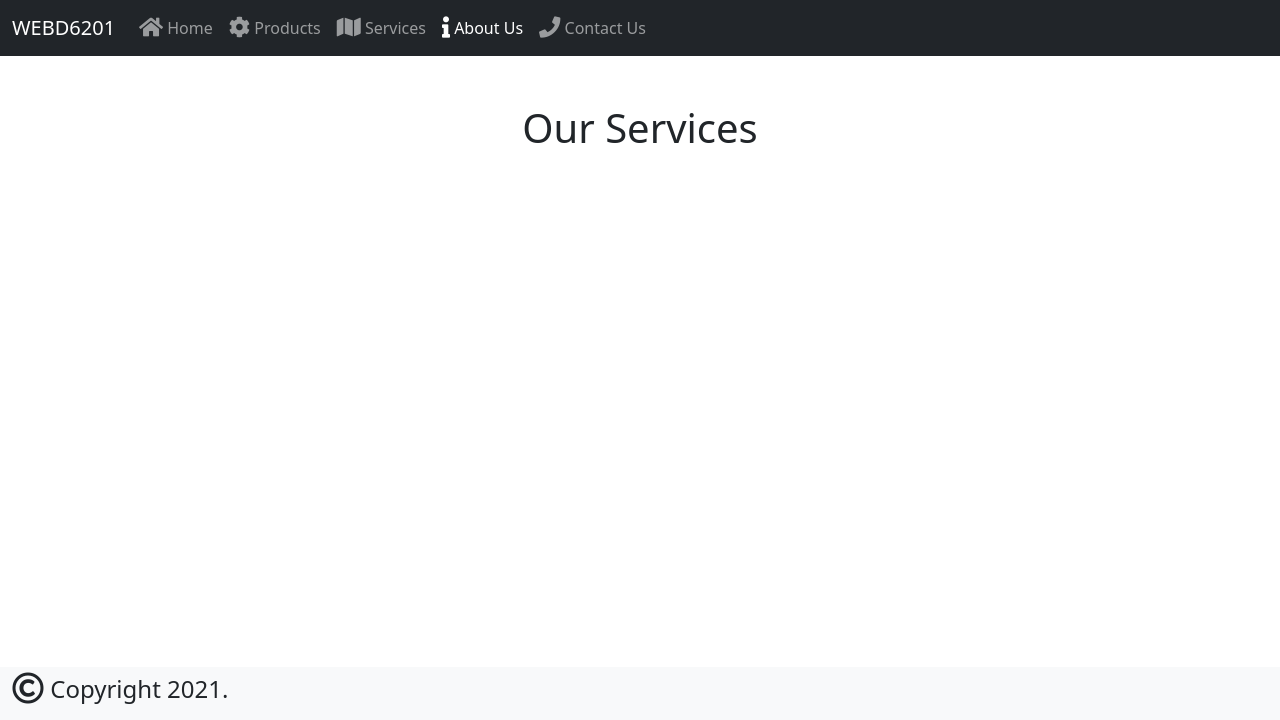
Repository: alto4/Lab-2-Nick-Scott-WEBD6201
Page: services.html
The author's editor kept a copy of each file at every save. The page is drawn from the files as they stood at one save, then again after a run of saves.
The browser window is 1280 px wide. The pictures show the whole page.

Above is the page before, as saved 2021-02-01 11:31:24.

After the next 2 saves:
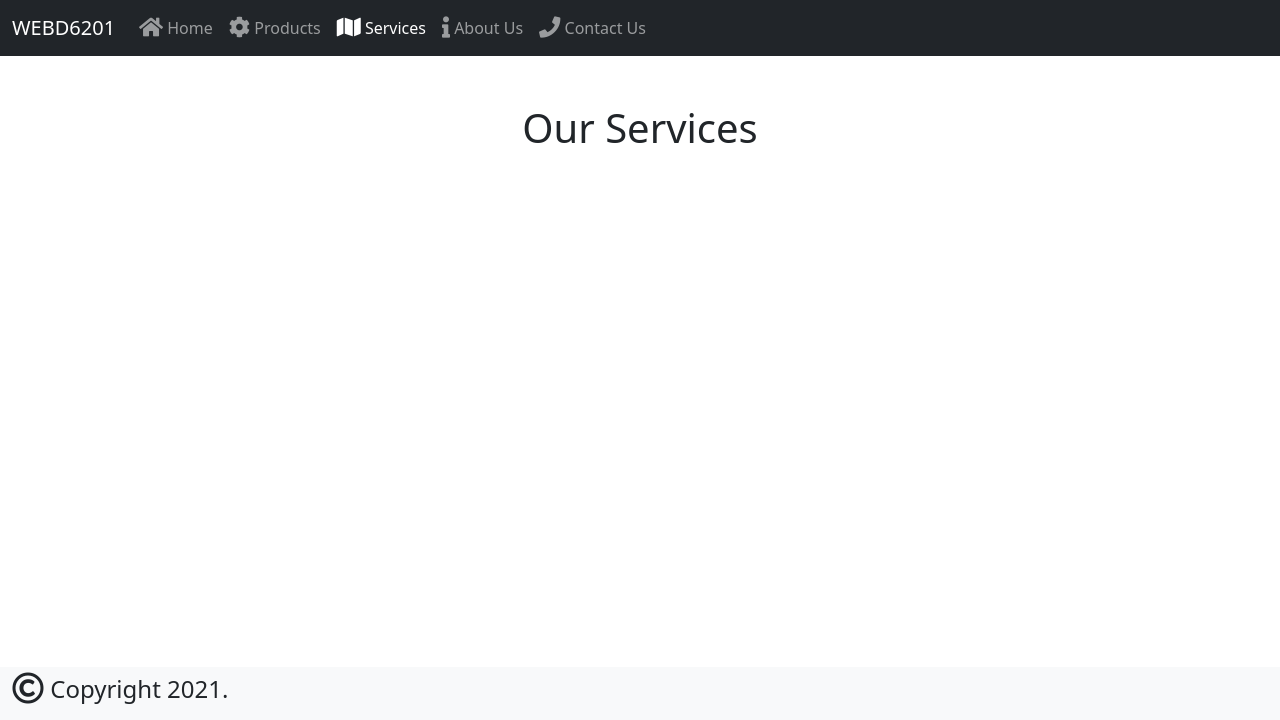
The 2 saves are shown as one change because they came seconds apart.
The last was saved 22 s later.
--- a/services.html
+++ b/services.html
@@ -33,11 +33,11 @@
             </li>
 
             <li class="nav-item">
-              <a class="nav-link" aria-current="page" href="services.html"><i class="fas fa-map fa-lg"></i> Services</a>
+              <a class="nav-link active" aria-current="page" href="services.html"><i class="fas fa-map fa-lg"></i> Services</a>
             </li>
 
             <li class="nav-item">
-              <a class="nav-link active" aria-current="page" href="about.html"><i class="fas fa-info fa-lg"></i> About
+              <a class="nav-link" aria-current="page" href="about.html"><i class="fas fa-info fa-lg"></i> About
                 Us</a>
             </li>
 
